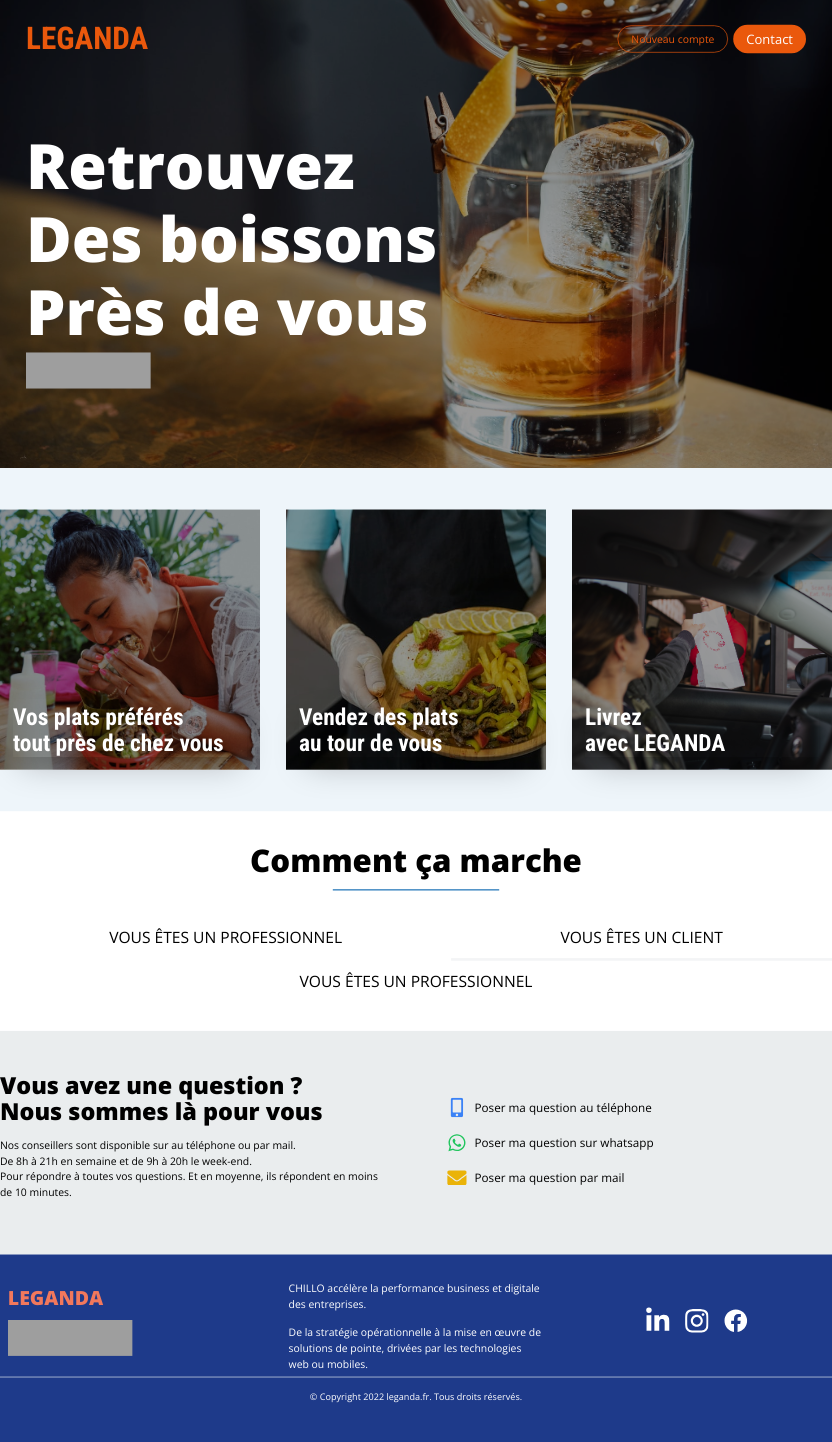
Repository: chillo-tech/website-leganda
Page: /
An editor plug-in stored every save of this project. The page is shown before and after the next save, followed by the edit.
The browser window is 1280 px wide. The pictures show the whole page, at 65% of full size.
Pictures or frames that could not be fetched are drawn as grey boxes. The project was rebuilt for these pictures with package versions that can differ from the ones it lists, and the page was loaded fresh each time. Some packages were replaced by stand-ins written for this rebuild. The framework's server and built-in components were replaced by stand-ins that run in the browser. Also part of the build but not shown: next.config.js, components/header/items/SearchBar.tsx.

Above is the page before, as saved 2023-02-09 14:21:43.

### pages/_document.tsx
import { Html, Head, Main, NextScript } from 'next/document'
import Footer from '../components/footer/Footer';

export default function Document() {
	return (
		<Html className="scroll-smooth">
			<Head>
        <link rel="preconnect" href="https://fonts.googleapis.com"/>
        <link rel="preconnect" href="https://fonts.gstatic.com"/>
        <link href="https://fonts.googleapis.com/css2?family=Open+Sans:ital,wght@0,300;0,800;1,800&family=Roboto&family=Roboto+Condensed:wght@700&display=swap" rel="stylesheet"/>
        <link rel="icon" href="/favicon.ico" />
			</Head>
			<body className='flex flex-col h-screen justify-between'>
				<Main />
				<NextScript />
				<Footer />
        <script defer type="text/javascript" src="https://maps.googleapis.com/maps/api/js?key=AIzaSyBoBBvzxlRlkbfYzZcHp8ALOwBk3YjfB-I&libraries=places" />
			</body>
		</Html>
	)
}

### styles/globals.css
@tailwind base;
@tailwind components;
@tailwind utilities;
body {
  font-family: 'Open Sans', 'Roboto', sans-serif;
}
.title {
  font-family: 'Roboto Condensed', sans-serif;
}
@layer base {
  [type="text"],
  [type="email"],
  [type="url"],
  [type="password"],
  [type="number"],
  [type="date"],
  [type="datetime-local"],
  [type="month"],
  [type="search"],
  [type="tel"],
  [type="time"],
  [type="week"],
  [multiple],
  textarea,
  select {
    @apply w-full border-gray-300 rounded-lg shadow-sm focus:border-blue-500 focus:ring-blue-500;
  }
  [type="checkbox"],
  [type="radio"] {
    @apply border-gray-300 rounded text-blue-600 focus:ring-blue-500;
  }
}

.bg-site-blue {
    background-color: #86aec0;
    color: #000000;
}

.bg-site-orange {
    background-color: #f6ac9f;
}

.color-site-blue {
   color: #86aec0;
}

.color-site-orange {
    color: #f2785c;
}

.home-page-article {
  min-height: 400px;
}

### context/search-context-provider.tsx
import { SearchParams } from '../types';
import { Context,createContext, useMemo, useReducer, useCallback } from 'react'
import SearchReducer from './SearchReducer';
import { Param } from '../types/Param';
import { INITIAL_STATE, UPDATE_SEARCH_CRITERIA } from '../utils';
import { SearchContextData } from '../types/SerchContextData';
type Props = {
  children: JSX.Element,
};
export const SearchContext = createContext<SearchContextData>({state: INITIAL_STATE});
function SearchContextProvider({children}: Props) {
  const [state, dispatch] = useReducer(SearchReducer, INITIAL_STATE);

  const update = useCallback(
    (data: Param) =>
      dispatch({
        type: UPDATE_SEARCH_CRITERIA,
        data
      }),
    [],
  );
  const value = useMemo(
    () => ({state, update }),
    [state,update],
  );
  return (
    <SearchContext.Provider value={value}>
      {children}
    </SearchContext.Provider>
  )
}

export default SearchContextProvider;

### components/footer/Footer.tsx

import React from 'react';
import { FaFacebook, FaInstagram, FaLinkedinIn } from 'react-icons/fa';
import Link from 'next/link'
import { cn, STORES } from '../../utils';
import Image from 'next/image';
function Footer() {
	return (
			<footer className="bg bg-blue-900 text-white pb-10 pt-10 font-extralight flex flex-col" id="a-propos-de-nous">
				<div className="container mx-auto px-3">
					<div className="grid grid-cols-1 gap-10 md:grid-cols-3 md:p-0 items-center">
						<div className="presentation">
              <Link href='/' className='mb-5 color-site-orange uppercase font-extrabold text-3xl'>LEGANDA
              </Link>
              <p className="flex py-4 items-center justify-center md:justify-start">
                {STORES.filter((item: any) => item.active).map((item: any, index: number) => (
                    <Link
                        href="#"
                        target="_blank"
                        key={`liens-${index}`}
                        className="block items-center py-2 w-48 h-14 relative">
                      <Image
                          fill={true}
                          src={`/images/${item.image}`}
                          alt={item?.label}
                      />
                    </Link>
                ))}
              </p>
						</div>
						<div className="presentation">
							<p className='mb-5'>CHILLO accélère la performance business et digitale des entreprises. </p>
							<p>De la stratégie opérationnelle
								à la mise en œuvre de solutions de pointe, drivées par les technologies web ou mobiles.</p>
						</div>
						<div className="presentation flex flex-col items-center justify-center">
							<div className='px-10 flex items-center justify-between text-center'>
								<FaLinkedinIn color='text-slate-300' className='px-3 text-6xl'/>
								<FaInstagram className='px-3 text-6xl'/>
								<FaFacebook className='px-3 text-6xl'/>
							</div>
							<div className='py-2'>

							</div>
						</div>
					</div>
				</div>
				<div className="copyright border-top-1 mt-2 font-light">
					<div className="container py-5 text-sm mx-auto text-center border-solid border-t border-slate-200">
						&copy; Copyright {(new Date()).getFullYear()} leganda.fr. Tous droits réservés.
					</div>
				</div>
			</footer>

	);
}

export default Footer;

### components/questions/Questions.tsx
import Link from 'next/link'
import React from 'react'
import { FaEnvelope, FaMobileAlt, FaWhatsapp } from 'react-icons/fa'

function Questions() {
  return (
    <section className='py-16 bg-app-light-green'>
        <div className="container grid md:grid-cols-2 md:gap-24 items-center px-3 md:px-0">
          <article>
            <h2 className='md:text-4xl text-3xl font-semibold text-black'>
              <p className='p-0 m-0'>Vous avez une question ?</p>
              <p className='p-0 m-0'>Nous sommes là pour vous</p>
            </h2>
            <div className='py-5'>
              <p className='p-0 m-0'>Nos conseillers sont disponible sur au téléphone ou par mail.</p>
              <p className='p-0 m-0'>De 8h à 21h en semaine et de 9h à 20h le week-end.</p>
              <p className='p-0 m-0'>Pour répondre à toutes vos questions. Et en moyenne, ils répondent en moins de 10 minutes.</p>
            </div>
          </article>
          <article>
              <Link href="tel:0033761705745" className='py-3 text-lg flex'>
                  <FaMobileAlt className='text-3xl text-blue-500 mr-3' /> Poser ma question au téléphone
              </Link>
              <Link href="whatsapp:0033761705745" className='py-3 text-lg flex'>
                  <FaWhatsapp className='text-3xl text-green-500 mr-3' /> Poser ma question sur whatsapp
              </Link>
              <Link href="mailto:armelle.leganda@gmail.com" className='py-3 text-lg flex'>
                  <FaEnvelope className='text-3xl text-yellow-500 mr-3' /> Poser ma question par mail
              </Link>
          </article>
        </div>
    </section>
  )
}

export default Questions

### components/header/Header.tsx
import { faPhone, faUser } from '@fortawesome/free-solid-svg-icons'
import { FontAwesomeIcon } from '@fortawesome/react-fontawesome'
import Link from 'next/link'
import React from 'react'
import SearchBar from './items/SearchBar'

function Header({withSearchBar = true}: {withSearchBar?: boolean}) {
  return (
    <header className="container py-4">
       <nav className='flex justify-between items-center'>
        <Link href="/" className='text-orange-600 uppercase title text-5xl'>LEGANDA
        </Link>
        {withSearchBar ? <SearchBar /> : null }
        <ul className='md:flex justify-between items-center hidden'>
          <li>
            <Link href="/" className='border border-orange-600 rounded-3xl px-5 py-2 text-orange-600 flex justify-between items-center'>
                <FontAwesomeIcon icon={faUser} className="hidden border-none text-xs mr-2" size='xs' />
                Nouveau compte
            </Link>
          </li>
          <li  className='ml-2'>
          <Link href="/" className='bg-orange-600 rounded-3xl text-xl px-5 font-medium py-2 flex text-white'>
              <FontAwesomeIcon icon={faPhone} className="hidden border-none mr-2"/>
              Contact
          </Link>
          </li>
        </ul>
      </nav>
    </header>
  )
}

export default Header

### utils/index.ts
export * from './clear-string';
export * from './DateFormat';
export * from './isValidPhoneNumber';
export * from './isValidEmail';
export * from './Endpoints';
export * from './Data';
export * from './request-options';

### components/tabs/index.tsx
import classNames from 'classnames';
import React, { useState } from 'react'
import SectionTitle from '../shared/SectionTitle';

function Tabs({items}: any) {
  const [activeTab, setActiveTab] = useState("tab-0");
  const handleClick = ({target: {id}}: any) => {
    setActiveTab(id);
  }
  return (
    <section className='container px-3 md:px-0 py-10'>
      <SectionTitle text='Comment ça marche' />
      <ul className='flex justtify-center items-center'>
        {items.map((item: any, index: number) => (
          <li key={`tab-${index}`} className={
              classNames(
                'grow border-b-4 py-2',
                { 'bg-white border-white': activeTab === `tab-${index}` },
                { 'bg-white border-gray-100 bg-gray-100': activeTab !== `tab-${index}` }
                )
              }>
            <button id={`tab-${index}`} type='button' className='uppercase w-full py-2 text-lg md:text-2xl' onClick={handleClick}>{item.label}</button>
          </li>
        ))}
      </ul>
      {items.map((item: any, index: number) => (
          <section key={`tab-${index}`} className={
              classNames(
                'grow border-b-4 py-2',
                { 'bg-white border-white block': activeTab === `tab-${index}` },
                { 'hidden': activeTab !== `tab-${index}` }
                )
              }>
            <button id={`tab-${index}`} type='button' className='uppercase w-full py-2 text-2xl' onClick={handleClick}>{item.label}</button>
          </section>
        ))}
    </section>
  )
}

export default Tabs

### utils/how-it-works.ts
const HOW_IT_WORKS: any = [
  {
    "label": "Vous êtes un professionnel"
  },
  {
    "label": "Vous êtes un client"
  }
]

export {HOW_IT_WORKS}

### context/SearchReducer.ts
import { UPDATE_SEARCH_CRITERIA } from './../utils/Data';
import { Action } from './../types/Action';
import { SearchParams } from "../types";

function SearchReducer (state: SearchParams, action: Action){
  switch(action.type){
    case UPDATE_SEARCH_CRITERIA: {
        return {
          ...state,
          [action.data.key]: action.data.value
        }
    }
  }
  return state;
}

export default SearchReducer;

### utils/clear-string.ts
export const cleanString = (entry: string) => {
	return entry ? entry.replace(/^[\s\uFEFF\xA0]+|[\s\uFEFF\xA0]+$/g, '') : '';
}

### utils/DateFormat.ts
export const getFormattedDate = (entry: Date) => {
	const year = entry.getFullYear();
	const month = `0${entry.getMonth() + 1}`.slice(-2);
	const day = `0${entry.getDate()}`.slice(-2);
	return `${day}/${month}/${year}`;
};

export const getFormattedTime = (entry: Date) => {
	const hours = `0${entry.getHours()}`.slice(-2);
	const minutes = `0${entry.getMinutes()}`.slice(-2);
	return `${hours}:${minutes}`;
};

const getWeekNumber = (entry: Date) => {
	// Copy date so don't modify original
	const date = new Date(Date.UTC(entry.getFullYear(), entry.getMonth(), entry.getDate()));
	// Set to nearest Thursday: current date + 4 - current day number
	// Make Sunday's day number 7
	date.setUTCDate(date.getUTCDate() + 4 - (date.getUTCDay() || 7));
	// Get first day of year
	const yearStart = new Date(Date.UTC(date.getUTCFullYear(), 0, 1));
	// Calculate full weeks to nearest Thursday
	return Math.ceil((((Number(date) - Number(yearStart)) / 86400000) + 1) / 7);
	// Return array of year and week number

}

export const getDayAndMonthLabel = (entry: Date) => {
	const days = ['Dimanche', 'Lundi', 'Mardi', 'Mercredi', 'Jeudi', 'Vendredi', 'Samedi'];
	const months = ["Jan.", "Fev.", "Mars", "Avr.", "MaI", "Juin",
		"Jul.", "Août", "Sep.", "Oct.", "Nov.", "Dec."
	];
	return [days[entry.getDay()], months[entry.getMonth()]];
}

export const getDisplayedDate = (entry: string = "") => {
	if (!entry.trim().length) {
		return entry;
	}
	const adWeekNo = getWeekNumber(new Date(entry));
	const todayWeekNo = getWeekNumber(new Date());
	if ((adWeekNo - todayWeekNo) > 1) {
		const [dayOfDate, month, year] = getFormattedDate(new Date(entry)).split('/');
		const [dayOfWeekLabel, monthLabel] = getDayAndMonthLabel(new Date(entry));
		return `${dayOfWeekLabel}, ${dayOfDate} ${monthLabel}`;
	} else {
		const [dayOfWeekLabel] = getDayAndMonthLabel(new Date(entry));
		return dayOfWeekLabel;
	}
};

### utils/isValidPhoneNumber.ts
export const isValidPhoneNumber = (value: string) => {
	const PHONE_REGEXP = /^0[6|7]\d{8}$/
	return PHONE_REGEXP.test(value);
}

### utils/isValidEmail.ts
export const isValidEmail = (value: string) => {
	const EMAIL_REGEXP = /^\S+@\S+\.\S+$/;
	return value.trim().length ? EMAIL_REGEXP.test(value) : true;
}

### utils/Endpoints.ts
export const LOCAL_DNS = 'http://192.168.111.244:9090';//verifier ipconfig avant d'exécuter
export const PROD_DNS = "https://api.leganda.chillo.fr";
export const IMAGES_URL = `${PROD_DNS}/assets`;
export const BACKOFFICE_URL = `${PROD_DNS}/api/v1`;
export const ADS_ENDPOINT = "ad";
export const FAVORITE_ENDPOINT = "favorite";
export const ACCOUNT_ENDPOINT = "account";
export const ADDRESS_ENDPOINT = "address";
export const CATEGORY_ENDPOINT = "category";
export const GOOGLE_PACES_API_BASE_URL = 'https://maps.googleapis.com/maps/api/place';
export const GOOGLE_PACES_API_KEY = 'AIzaSyBoBBvzxlRlkbfYzZcHp8ALOwBk3YjfB-I';
export const MAP_ZOOM = 10;
export const GOOGLE_PACES_CENTER_COORDINATES = {lat: 48.117266,lng: -1.677793};

### utils/request-options.ts
export const getHeaders = () => ({
	'X-Requested-With': 'XMLHttpRequest',
	'Content-Type': 'application/x-www-form-urlencode',
	Accept: "application/json"
});

### components/shared/SectionTitle.tsx
import React from 'react'

function SectionTitle( {text, underline = true}: {underline?: boolean, text: string}) {
  return (
    <h2 className="flex flex-col items-center justify-center md:mb-10">
      <span className='px-10 py-3 text-center font-bold text-2xl md:text-5xl'>
        {text}
      </span>
      { underline ? (<span className='border-b-2 border-app-blue px-10 w-64 mt-2'/>) : null }
    </h2>
  )
}

export default SectionTitle

### utils/providers.ts


export const PHONE = "+33761705745";
export const EMAIL = "achille.mbougueng@yahoo.fr";

export const OPENCAGE_GEOCODE_API = "https://api.opencagedata.com/geocode/v1/json";
export const OPENCAGE_API_KEY = "2dd86530d37b4cf3a321d24e6c624a40";

export const MAPBOX_API_KEY = "pk.eyJ1IjoiYWNoaWxsZW1ib3VndWVuZyIsImEiOiJja3Zvd3EzcmswaThkMnZrZ25iYmtveDBhIn0.pDR7pKL18d3iz5NoaRmWYg";
export const MAPBOX_PLACES = "https://api.mapbox.com/geocoding/v5/mapbox.places";

Loaded but not shown: pages/_app.tsx (common file); tailwind.config.js (38 lines, source omitted); pages/index.tsx (146 lines, source omitted); utils/Data.ts (152 lines, source omitted)

After the next save:
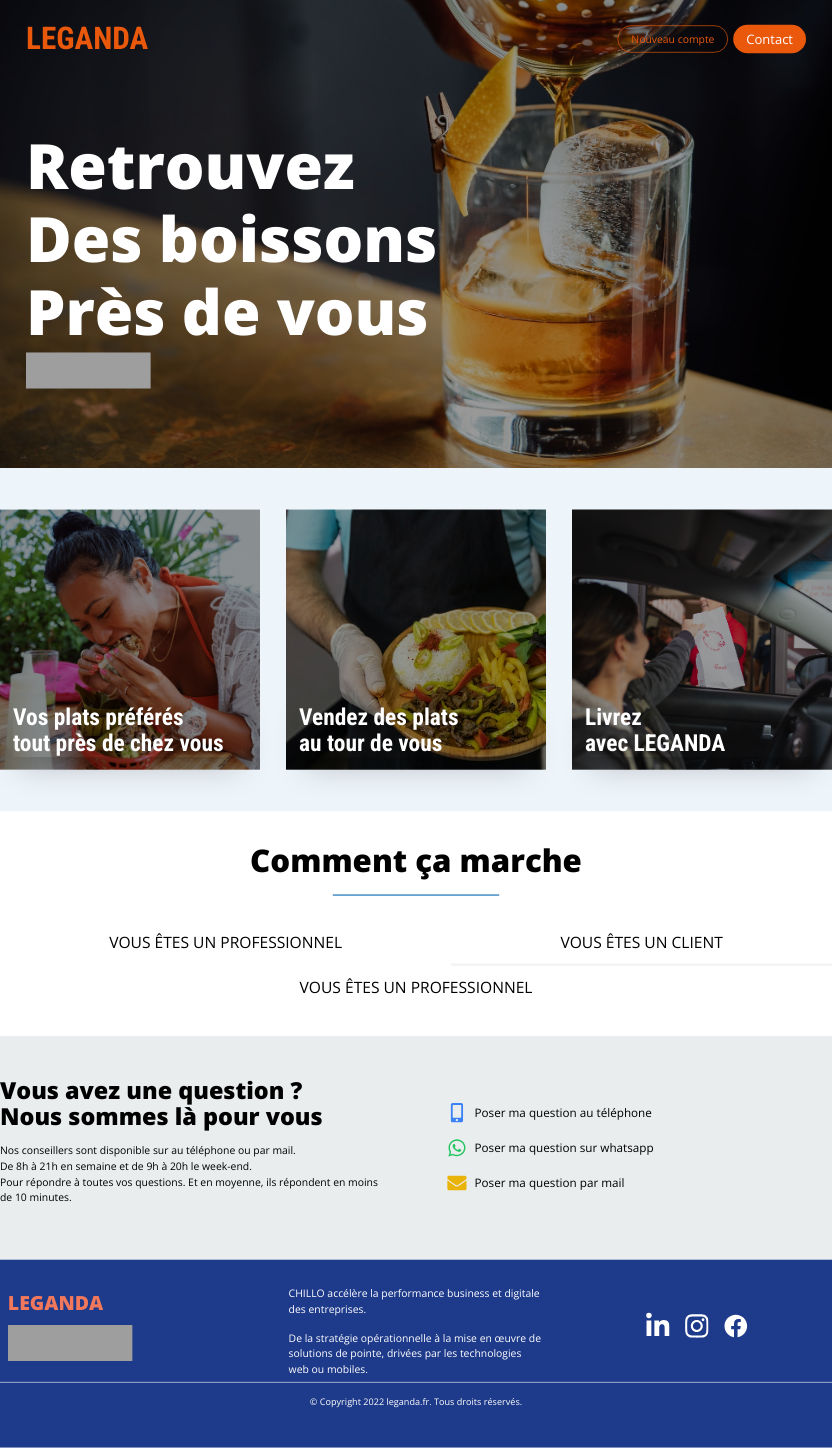
Saved 11 s later.
--- a/components/shared/SectionTitle.tsx
+++ b/components/shared/SectionTitle.tsx
@@ -3,7 +3,7 @@
 function SectionTitle( {text, underline = true}: {underline?: boolean, text: string}) {
   return (
     <h2 className="flex flex-col items-center justify-center md:mb-10">
-      <span className='px-10 py-3 text-center font-bold text-2xl md:text-5xl'>
+      <span className='px-10 py-3 text-center font-bold text-2xl md:text-5xl mb-2'>
         {text}
       </span>
       { underline ? (<span className='border-b-2 border-app-blue px-10 w-64 mt-2'/>) : null }

After the save that followed:
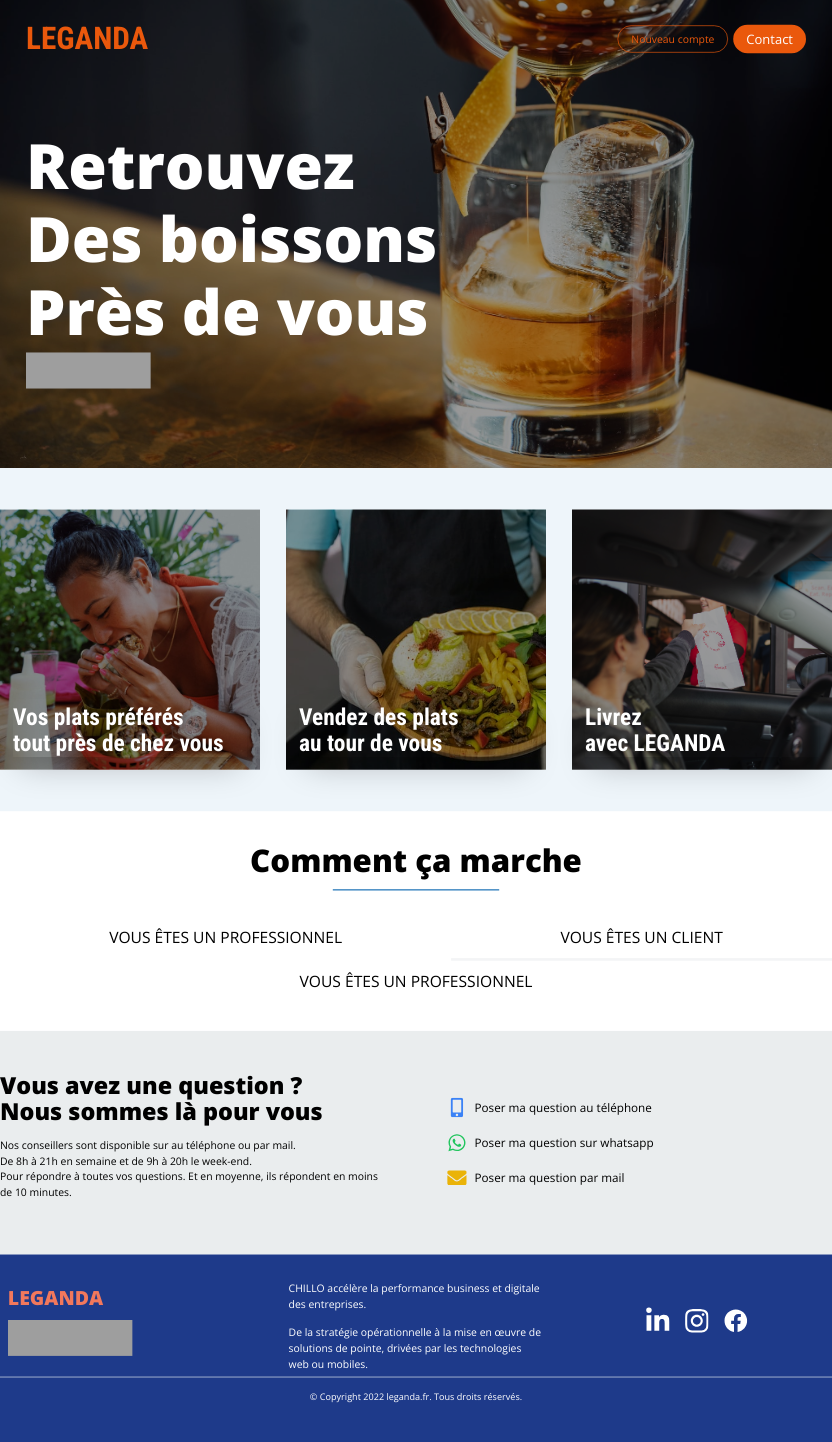
Saved 8 s later.
--- a/components/shared/SectionTitle.tsx
+++ b/components/shared/SectionTitle.tsx
@@ -3,7 +3,7 @@
 function SectionTitle( {text, underline = true}: {underline?: boolean, text: string}) {
   return (
     <h2 className="flex flex-col items-center justify-center md:mb-10">
-      <span className='px-10 py-3 text-center font-bold text-2xl md:text-5xl mb-2'>
+      <span className='px-10 py-3 text-center font-bold text-2xl md:text-5xl'>
         {text}
       </span>
       { underline ? (<span className='border-b-2 border-app-blue px-10 w-64 mt-2'/>) : null }
